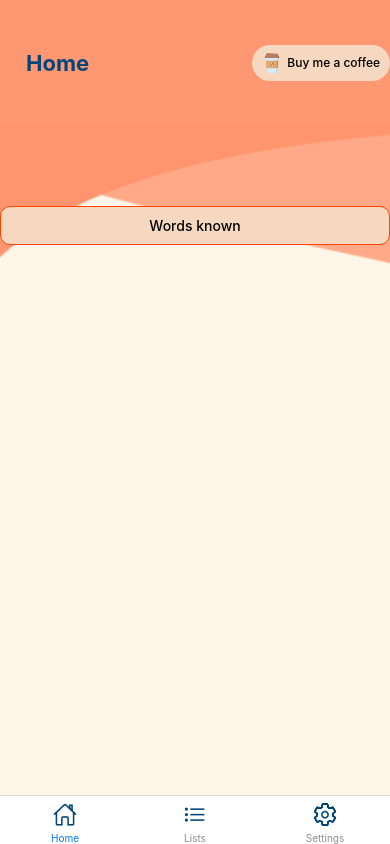
Repository: David-Waite/SpellingApp
Screen: /
The author's editor kept a copy of each file at every save. The screen is drawn from the files as they stood at one save, then again after the next save.
The app was drawn by React Native's web renderer in a window 390 px wide. The project was rebuilt for these pictures with package versions that can differ from the ones it lists, and the page was loaded fresh each time. Also part of the build but not shown: screens/Settings.js, screens/SpellWord.js, screens/WordsLearnt.js, screens/WordListOverview.js, screens/WordLists.js, screens/Donate.js.

Above is the screen before, as saved 2023-06-22 21:47:00.

### App.js
import { NavigationContainer } from "@react-navigation/native";
import { StatusBar } from "expo-status-bar";
import { StyleSheet } from "react-native";
import { Ionicons } from "@expo/vector-icons";

import Home from "./screens/Home";
import Settings from "./screens/Settings";
import SpellWord from "./screens/SpellWord";
import WordsLearnt from "./screens/WordsLearnt";
import WordListOverview from "./screens/WordListOverview";
import WordLists from "./screens/WordLists";

import { createStackNavigator } from "@react-navigation/stack";
import { createBottomTabNavigator } from "@react-navigation/bottom-tabs";
import { GlobalStyles } from "./constants/styles";
import { Image } from "react-native";
import { ImageBackground } from "react-native";
import CoffeeBtn from "./components/ui/CoffeeBtn";
import Donate from "./screens/Donate";

const BottomTabs = createBottomTabNavigator();
const Stack = createStackNavigator();

function BottomTabsScreens() {
  return (
    <BottomTabs.Navigator>
      <BottomTabs.Screen
        name="Home"
        component={Home}
        headerShadowVisible={false}
        options={({ navigation }) => ({
          headerRight: () => (
            <CoffeeBtn
              onPress={() => {
                navigation.navigate("Donate");
              }}
            />
          ),
          title: "Home",
          tabBarLabel: "Home",
          headerTitleAlign: "left",
          headerShadowVisible: false,
          headerTitleStyle: {
            color: GlobalStyles.colors.accent500,
            fontSize: 22,
            marginLeft: 10,
            fontWeight: 700,
          },
          headerStyle: {
            backgroundColor: GlobalStyles.colors.primary400,
            height: 125,
          },

          tabBarIcon: ({ color, size }) => (
            <Ionicons
              name="home-outline"
              size={size}
              color={GlobalStyles.colors.accent500}
            />
          ),
        })}
      />
      <BottomTabs.Screen
        name="WordLists"
        component={WordLists}
        options={{
          title: "Word Lists",
          tabBarLabel: "Lists",
          tabBarIcon: ({ color, size }) => (
            <Ionicons
              name="list-outline"
              size={size}
              color={GlobalStyles.colors.accent500}
            />
          ),
        }}
      />
      <BottomTabs.Screen
        name="Settings"
        component={Settings}
        options={{
          title: "Settings",
          tabBarLabel: "Settings",
          tabBarIcon: ({ color, size }) => (
            <Ionicons
              name="settings-outline"
              size={size}
              color={GlobalStyles.colors.accent500}
            />
          ),
        }}
      />
    </BottomTabs.Navigator>
  );
}
export default function App() {
  return (
    <>
      <StatusBar style="light" />
      <NavigationContainer>
        <Stack.Navigator>
          <Stack.Screen
            name="BottomTabsScreen"
            component={BottomTabsScreens}
            options={{ headerShown: false }}
          />
          <Stack.Screen
            name="WordsLearnt"
            component={WordsLearnt}
            options={{ presentation: "modal" }}
          />
          <Stack.Screen name="WordListOverview" component={WordListOverview} />
          <Stack.Screen
            name="SpellWord"
            component={SpellWord}
            options={{ presentation: "modal" }}
          />
          <Stack.Screen
            name="Donate"
            component={Donate}
            options={{ presentation: "modal" }}
          />
        </Stack.Navigator>
      </NavigationContainer>
    </>
  );
}

const styles = StyleSheet.create({
  container: {
    flex: 1,
    backgroundColor: "#fff",
    alignItems: "center",
    justifyContent: "center",
  },
});

### screens/Home.js
import { ImageBackground, Text, View } from "react-native";

import { StyleSheet } from "react-native";
import { GlobalStyles } from "../constants/styles";

import WordsLearntCard from "../components/ui/WordsLearntCard";
function Home({ navigation }) {
  return (
    <View style={styles.container}>
      <ImageBackground
        style={styles.ImageBackground}
        source={require("../images/SpellingAppHeaderBackground.png")}
      >
        <WordsLearntCard navigation={navigation} />
      </ImageBackground>
    </View>
  );
}

export default Home;

const styles = StyleSheet.create({
  container: {
    flex: 1,
    backgroundColor: GlobalStyles.colors.background,
  },
  ImageBackground: {
    resizeMode: "contain",
    height: 200,
    justifyContent: "center",
  },
});

### constants/styles.js
export const GlobalStyles = {
  colors: {
    background: "#FFF6E9",
    primary50: "#FFF0E5",
    primary100: "#F6D7BF",
    primary300: "#FFA989",
    primary400: "#FF9872",
    primary500: "#FF946E",
    primary800: "#FF4400",
    accent500: "#00467B",
    success500: "#0A8900",
    error500: "#FF0000",
  },
};

### components/ui/CoffeeBtn.js
import { Image } from "react-native";
import { StyleSheet } from "react-native";
import { Pressable } from "react-native";
import { View, Text } from "react-native";
import { GlobalStyles } from "../../constants/styles";

function CoffeeBtn({ onPress }) {
  return (
    <Pressable onPress={onPress}>
      <View style={styles.conatiner}>
        <Image
          style={styles.coffee}
          source={require("../../images/coffee-cup.png")}
        />
        <Text style={styles.text}>Buy me a coffee</Text>
      </View>
    </Pressable>
  );
}

export default CoffeeBtn;

const styles = StyleSheet.create({
  conatiner: {
    backgroundColor: GlobalStyles.colors.primary100,
    borderRadius: 20,
    flexDirection: "row",
    alignItems: "center",
    paddingHorizontal: 10,
    paddingVertical: 8,
    gap: 5,
  },
  text: {
    fontSize: 12,
    fontWeight: 500,
  },
  coffee: {
    width: 20,
    height: 20,
  },
});

### components/ui/WordsLearntCard.js
import { Text, StyleSheet } from "react-native";

import { GlobalStyles } from "../../constants/styles";
import { Pressable } from "react-native";
import { View } from "react-native";

function WordsLearntCard({ navigation }) {
  return (
    <Pressable
      onPress={() => navigation.navigate("WordsLearnt")}
      style={({ pressed }) => {
        pressed && styles.pressed;
      }}
    >
      <View style={styles.container}>
        <Text style={styles.WordsKnownText}>Words known</Text>
      </View>
    </Pressable>
  );
}

export default WordsLearntCard;

const styles = StyleSheet.create({
  container: {
    backgroundColor: GlobalStyles.colors.primary100,
    paddingHorizontal: 10,
    paddingVertical: 10,
    borderRadius: 10,
    borderColor: GlobalStyles.colors.primary800,
    borderWidth: 1,
  },
  WordsKnownText: {
    textAlign: "center",
    fontWeight: "500",
  },
  pressed: {
    opacity: 0.75,
    backgroundColor: GlobalStyles.colors.primary300,
  },
});

After the next save:
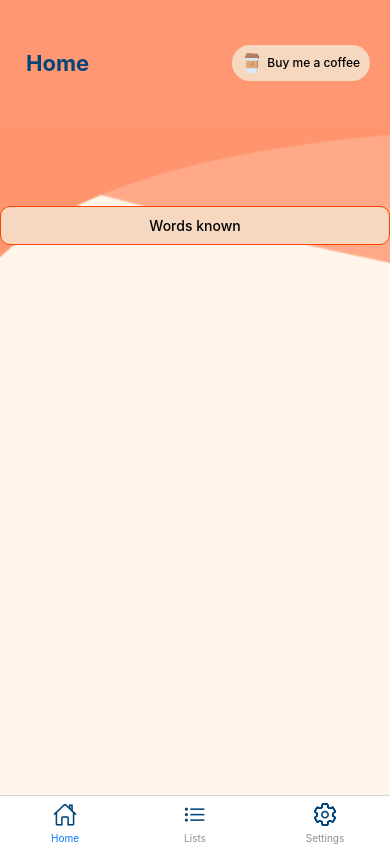
Saved 23 s later.
--- a/components/ui/CoffeeBtn.js
+++ b/components/ui/CoffeeBtn.js
@@ -29,6 +29,7 @@ const styles = StyleSheet.create({
     paddingHorizontal: 10,
     paddingVertical: 8,
     gap: 5,
+    marginRight: 20,
   },
   text: {
     fontSize: 12,
